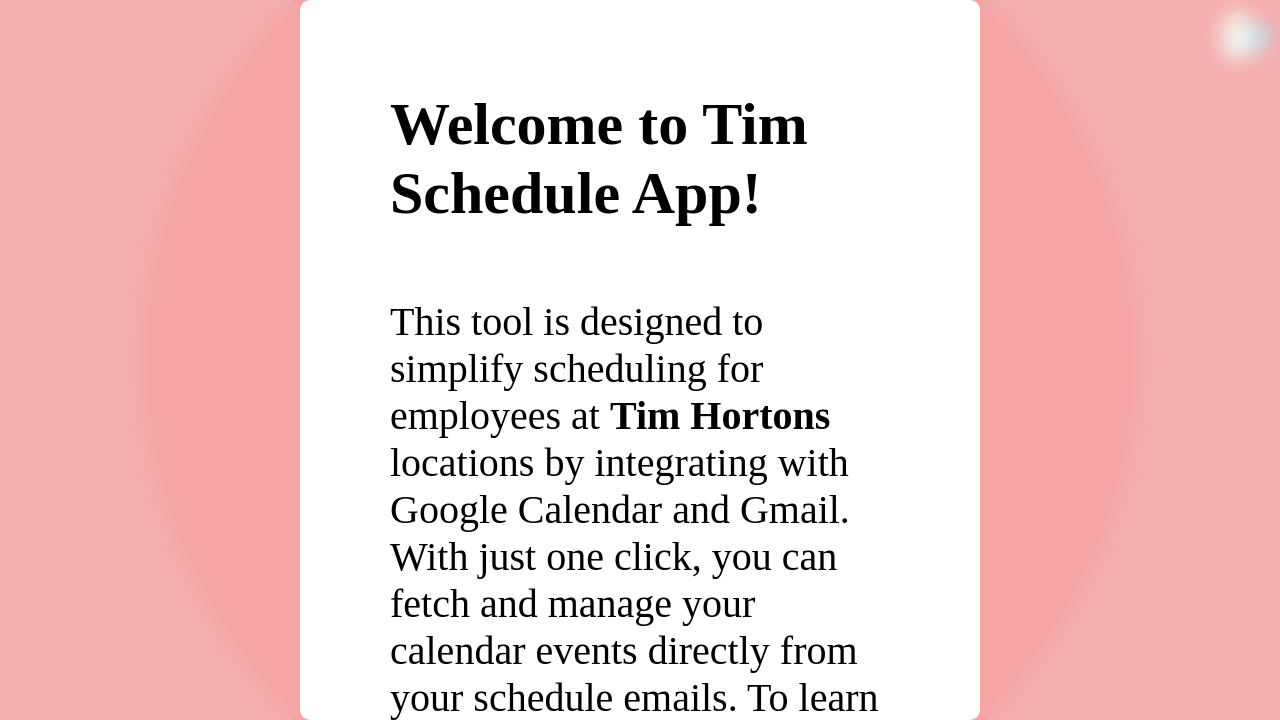
Repository: Sukhvir-Grewal/tim-schadule-app
Page: node_version/public/index.html
These files come from the project's save history. The page is drawn as it stood at one moment and after the next save; the edit follows.
The browser window is 1280 px wide. The pictures show the whole page.

Above is the page before, as saved 2024-08-15 01:31:35.

### node_version/public/index.html
<!DOCTYPE html>
<html>

<head>
    <title>Tim Schedule App</title>
    <meta charset="utf-8" />
</head>
<link rel="stylesheet" href="style.css?v=1.0.0" />
<link rel="icon" href="/favicon.png" type="image/png">

<body>
    <div class="main-container">
        <div class="backDrop">
            <div class="aboutBox">
                <h2 style="display: grid; place-content:center">Welcome to Tim Schedule App!</h2>
                <p>This tool is designed to simplify scheduling for employees at <b>Tim Hortons</b> locations by integrating with Google Calendar and Gmail. With just one click, you can fetch and manage your calendar events directly from your schedule emails. To learn more about how the app works, visit our <a href="/about">About</a> page. After reviewing the details, simply authorize with the button below to start using the app.</p>
            </div>
        </div>
        <a href="./privacy-policy.html">
            <img src="./privay.png" class="privacy" alt="">
        </a>
        <img src="./timlogo.svg" class="logo" alt="">
        <div class="circle-1">
            <div class="circle-2">
                <div class="circle-3">
                    <div class="circle-4">
                        <button id="authorize_button" onclick="handleAuthClick()">
                            Authorize
                        </button>
                        <div class="after_authorize">
                            Done
                            <svg class="tick" xmlns="http://www.w3.org/2000/svg" viewBox="0 0 24 24" width="24"
                                height="24">
                                <path fill="none" d="M0 0h24v24H0z" />
                                <path fill="currentColor" d="M9 16.2l-3.5-3.5 1.41-1.41L9 13.38l7.09-7.09L17.5 7.5z" />
                            </svg>
                        </div>
                    </div>
                </div>
            </div>
        </div>
    </div>

    <script src="./script.js"></script>
    <script async defer src="https://apis.google.com/js/api.js" onload="gapiLoaded()"></script>
    <script async defer src="https://accounts.google.com/gsi/client" onload="gisLoaded()"></script>
</body>

</html>

### node_version/public/style.css
* {
    padding: 0;
    margin: 0;
    overflow-x: hidden;
    overflow-y: hidden;
}

.main-container {
    height: 100dvh;
    width: 100dvw;
    display: flex;
    justify-content: center;
    align-items: center;
    position: relative;
}

.backDrop {
    z-index: 11;
    height: 100vh;
    width: 100vw;
    display: grid;
    place-content: center;
    backdrop-filter: blur(10px);
    -webkit-backdrop-filter: blur(10px);
    background-color: rgba(255, 255, 255, 0.5);
}

.aboutBox {
    background-color: white;
    border-radius: 10px;
    min-height: 100px;
    width: 90vw;
    padding: 90px 90px;
    animation: fadeIn 4s ease;
    font-size: 40px;
}

.aboutBox h2 {
    margin-bottom: 70px;
}

.logo {
    position: absolute;
    top: 0;
    height: 450px;
    display: none;
    pointer-events: none;
    z-index: 10;
}

.privacy {
    width: 50px;
    height: 50px;
    position: absolute;
    top: 10px;
    right: 10px;
    cursor: pointer;
    z-index: 10;
    display: none;
}

.tick {
    color: green;
    width: 80px;
    height: 80px;
}

.slideUp {
    display: block;
    animation: slideUp 1s forwards;
}

.fadeIn {
    display: block;
    animation: fadeIn 2s ease;
}

.circle-1,
.circle-2,
.circle-3,
.circle-4 {
    border-radius: 50%;
    display: flex;
    justify-content: center;
    align-items: center;
    position: absolute;
}

.circle-1 {
    background-color: rgb(228, 129, 129);
    animation: expandCircle1 1s ease forwards;
    animation-delay: 0s;
}

.circle-2 {
    background-color: rgb(233, 94, 94);
    animation: expandCircle2 1s ease forwards;
    animation-delay: 0.3s;
}

.circle-3 {
    background-color: rgb(236, 72, 72);
    animation: expandCircle3 1s ease forwards;
    animation-delay: 0.8s;
}

.circle-4 {
    background-color: rgb(233, 58, 58);
    animation: expandCircle4 1s ease forwards;
    animation-delay: 1.2s;
    font-size: 5rem;
    border: 1px solid white;
}

#authorize_button {
    display: none;
    background-color: transparent;
    border: none;
    font-size: xx-large;
    color: white;
    font-weight: bolder;
    cursor: pointer;
}

#authorize_button.show {
    display: block;
}

.after_authorize {
    display: none;
    justify-content: center;
    align-items: center;
    font-size: 4rem;
    font-weight: bolder;
    color: white;
}

@keyframes expandCircle1 {
    0% {
        width: 0;
        height: 0;
    }

    100% {
        width: 2000px;
        height: 2000px;
    }
}

@keyframes expandCircle2 {
    0% {
        width: 0;
        height: 0;
    }

    100% {
        width: 1500px;
        height: 1500px;
    }
}

@keyframes expandCircle3 {
    0% {
        width: 0;
        height: 0;
    }

    100% {
        width: 1000px;
        height: 1000px;
    }
}

@keyframes expandCircle4 {
    0% {
        width: 0;
        height: 0;
    }

    100% {
        width: 500px;
        height: 500px;
    }
}

@keyframes slideUp {
    0% {
        opacity: 0;
        transform: translateY(50px);
    }

    100% {
        opacity: 1;
        transform: translateY(0);
    }
}

@keyframes fadeIn {
    0% {
        opacity: 0;
    }

    100% {
        opacity: 1;
    }
}

/* Just for the laptop stuff*/
@media (min-width: 1000px) {
    .logo {
        top: 100px;
        height: 250px;
    }
    .aboutBox {
        min-height: 200px;
        width: 500px;
        font-size: ;
    }
}

### node_version/public/script.js
let CLIENT_ID
let API_KEY

const DISCOVERY_DOCS = [
    "https://www.googleapis.com/discovery/v1/apis/calendar/v3/rest",
    "https://www.googleapis.com/discovery/v1/apis/gmail/v1/rest",
];

const SCOPES = [
    "https://www.googleapis.com/auth/calendar.events",
    "https://www.googleapis.com/auth/gmail.readonly",
];

let tokenClient;
let gapiInited = false;
let gisInited = false;
let startDate = "";
let endDate = "";

document.getElementById("authorize_button").style.visibility = "hidden";


/*
 * This code Servers the purpose of getting both Env variables
 * including initializing the client Token
*/
async function fetchEnvVariables() {
    try {
        const response = await fetch('/env');
        const env = await response.json();
        CLIENT_ID = env.clientId;
        API_KEY = env.apiKey;

        tokenClient = google.accounts.oauth2.initTokenClient({
            client_id: CLIENT_ID,
            scope: SCOPES.join(" "),
            callback: "", // defined later
        });

        // Check for stored token
        const storedToken = localStorage.getItem("gapi_token")
        if (storedToken) {
            gapi.client.setToken(JSON.stringify(storedToken))
        }

        gisInited = true;
        maybeEnableButtons();
    } catch (error) {
        console.error("Error fetching environment variables:", error);
    }
}

/*
 * Next 4 functions will from Official Quickstart
 *     > https://developers.google.com/calendar/api/quickstart/js
 *     > https://developers.google.com/gmail/api/quickstart/js
 * NOTE: Code had been altered accordingly like use of localStorage for ease in login,
 * including document manipulation
*/
function gapiLoaded() {
    gapi.load("client", initializeGapiClient);
}

async function initializeGapiClient() {
    await gapi.client.init({
        apiKey: API_KEY,
        discoveryDocs: DISCOVERY_DOCS,
    });
    gapiInited = true;
    maybeEnableButtons();
}

function gisLoaded() {
    fetchEnvVariables()
}

function maybeEnableButtons() {
    if (gapiInited && gisInited) {
        document.getElementById("authorize_button").style.visibility = "visible";
    }
}

function handleAuthClick() {
    tokenClient.callback = async (resp) => {
        if (resp.error !== undefined) {
            console.error("Error during authorization:", resp);
            return;
        }

        // save the token to locakstorage
        const token = gapi.client.getToken()
        if (token) {
            localStorage.setItem("gapi_token", JSON.stringify(token))
        }

        document.getElementById("authorize_button").style.display = "none";
        document.querySelector(".after_authorize").style.display = "flex";

        await getRecentEmailFromSender();
    };

    if (gapi.client.getToken() === null) {
        tokenClient.requestAccessToken({ prompt: "consent" });
    } else {
        tokenClient.requestAccessToken({ prompt: "" });
    }
}

// NOTE: Custom functions starts from here

async function addEvent(event) {
    try {
        const response = await gapi.client.calendar.events.insert({
            calendarId: "primary",
            resource: event,
        });
        // console.log("Event created: ", response.result.htmlLink);
    } catch (err) {
        console.error("Error contacting the Calendar service: ", err.message);
    }
}

/*
 * Checks if the Event already exists in the place,
 * in case someone tries to push the event again
*/
async function checkDuplicateEvent(newEvent) {
    const calendar = gapi.client.calendar;

    try {
        // List events within the time range of the new event
        const response = await calendar.events.list({
            calendarId: "primary",
            timeMin: newEvent.start.dateTime,
            timeMax: newEvent.end.dateTime,
            singleEvents: true,
            orderBy: "startTime",
        });

        const events = response.result.items;

        if (events.length > 0) {
            // Check if any event matches the new event's details
            const duplicateEvent = events.find((event) => {

                const startTimeMatches =
                    Math.abs(
                        new Date(event.start.dateTime) -
                        new Date(newEvent.start.dateTime)
                    ) < 60000; // 1 minute tolerance
                const endTimeMatches =
                    Math.abs(
                        new Date(event.end.dateTime) -
                        new Date(newEvent.end.dateTime)
                    ) < 60000;

                // Compare other details
                return (
                    event.summary === newEvent.summary &&
                    startTimeMatches &&
                    endTimeMatches &&
                    event.location === newEvent.location
                );
            });

            if (duplicateEvent) {
                console.log("Duplicate event found. Event not added.");
                return;
            }
        }

        // Everything looks good, send the sucker^^
        await addEvent(newEvent);
        console.log("Event added successfully.");
    } catch (error) {
        console.error("Error checking or adding event:", error.message);
    }
}

/*
 * NOTE: Following logic is only for specific sender since i need to Extract
 * the schedule from the email, The code can be changed easily if the received email
 * have different format of schedule
 *
 * This code extract emails from noreply@clearviewconnect.com (my workplace schedule sender)
 * and gets the top email and extract the only lines starting from months and push line by line
 * in next function to get date and time separated
*/
async function getRecentEmailFromSender() {
    try {
        // List messages from the specified sender
        const res = await gapi.client.gmail.users.messages.list({
            userId: "me",
            q: `from:noreply@clearviewconnect.com`,
            maxResults: 1,
            orderBy: "date",
        });

        const messages = res.result.messages;
        if (!messages || messages.length === 0) {
            console.log("No message found");
            return;
        }

        // Get the most recent message
        const messageId = messages[0].id;
        const messageRes = await gapi.client.gmail.users.messages.get({
            userId: "me",
            id: messageId,
        });

        // NOTE: Learned new thing ^^
        const emailData = messageRes.result;
        const encodedBody = emailData.payload.parts
            ? emailData.payload.parts[0].body.data
            : emailData.payload.body.data;

        // Decode the body
        const decodedBody = atob(
            encodedBody.replace(/-/g, "+").replace(/_/g, "/")
        );

        // Extract the schedule details
        const scheduleLines = decodedBody
            .split("\n")
            .filter((line) =>
                line.match(
                    /^(Jan|Feb|Mar|Apr|May|Jun|Jul|Aug|Sep|Oct|Nov|Dec)\s+\d{2}:/
                )
            );

        if (scheduleLines.length === 0) {
            console.log("No schedule lines found.");
            return;
        }

        // Parse the schedule lines and add events
        for (const line of scheduleLines) {
            try {
                const event = parseScheduleLine(line);
                if (event) {
                    await checkDuplicateEvent(event);
                }
            } catch (error) {
                console.error("Error parsing or adding event:", error.message);
            }

            // NOTE: For Further Development

            // endDate = line.split(":")[0].trim();
        }
        /*
            startDate = scheduleLines[0].split(":")[0].trim();
            document.getElementById(
            "content"
            ).innerHTML += `Schedule from ${startDate} to ${endDate} has been Posted on calender`;
        */
    } catch (error) {
        console.error("Error fetching email:", error.message);
    }
}

function parseScheduleLine(line) {
    try {
        // Check for "Not Scheduled" and skip such lines
        // NOTE: String can be changed based on how your day off is mentioned in schedule
        if (line.includes("Not Scheduled")) {
            console.log(`Skipping non-scheduled day`);
            return null;
        }

        // Extract date part and time details
        const [datePart, rest] = line.split(/:\s+/);
        const timeAndDetails = rest.trim();

        // Handle specific cases based on structure
        // NOTE: Learned new thing ^^
        const [timeRange] = timeAndDetails.split(/\s*,\s*/);
        const [startTime, endTime] = timeRange
            .split(" - ")
            .map((time) => time.trim());

        // Extract month and day
        const [month, day] = datePart.split(/\s+/);
        const year = new Date().getFullYear();
        const date = new Date(`${month} ${day}, ${year}`);

        const startDateTime = new Date(date);
        const endDateTime = new Date(date);

        const [startHours, startMinutes] = convertTo24Hour(startTime);
        const [endHours, endMinutes] = convertTo24Hour(endTime);

        startDateTime.setHours(startHours, startMinutes);
        endDateTime.setHours(endHours, endMinutes);

        return {
            summary: `Tim~Shift`,
            start: {
                dateTime: startDateTime.toISOString(),
                timeZone: "America/Halifax",
            },
            end: {
                dateTime: endDateTime.toISOString(),
                timeZone: "America/Halifax",
            },
            colorId: "5", // Customizable based on interest
        };
    } catch (error) {
        console.error("Error parsing schedule line:", error.message);
        throw new Error("Invalid schedule line format");
    }
}

// Don't need to explain this one ^^
function convertTo24Hour(time) {
    if (!time) {
        throw new Error("Invalid time format");
    }

    const match = time.match(/(\d{1,2}):(\d{2})(AM|PM)/i);

    if (!match) {
        throw new Error("Time format does not match");
    }

    let [hours, minutes, meridian] = match.slice(1);
    hours = parseInt(hours, 10);
    minutes = parseInt(minutes, 10);

    if (meridian.toUpperCase() === "PM" && hours < 12) hours += 12;
    if (meridian.toUpperCase() === "AM" && hours === 12) hours = 0;

    return [hours, minutes];
}

// Animation stuff
setTimeout(function() {
    document?.getElementById("authorize_button").classList.add("show");
    document.querySelector(".logo").classList.add("slideUp");
    document.querySelector(".privacy").classList.add("fadeIn");
}, 2000);


document.querySelector(".backDrop").addEventListener('click', ()=>{
    document.querySelector(".backDrop").style.display = "none"
})

After the next save:
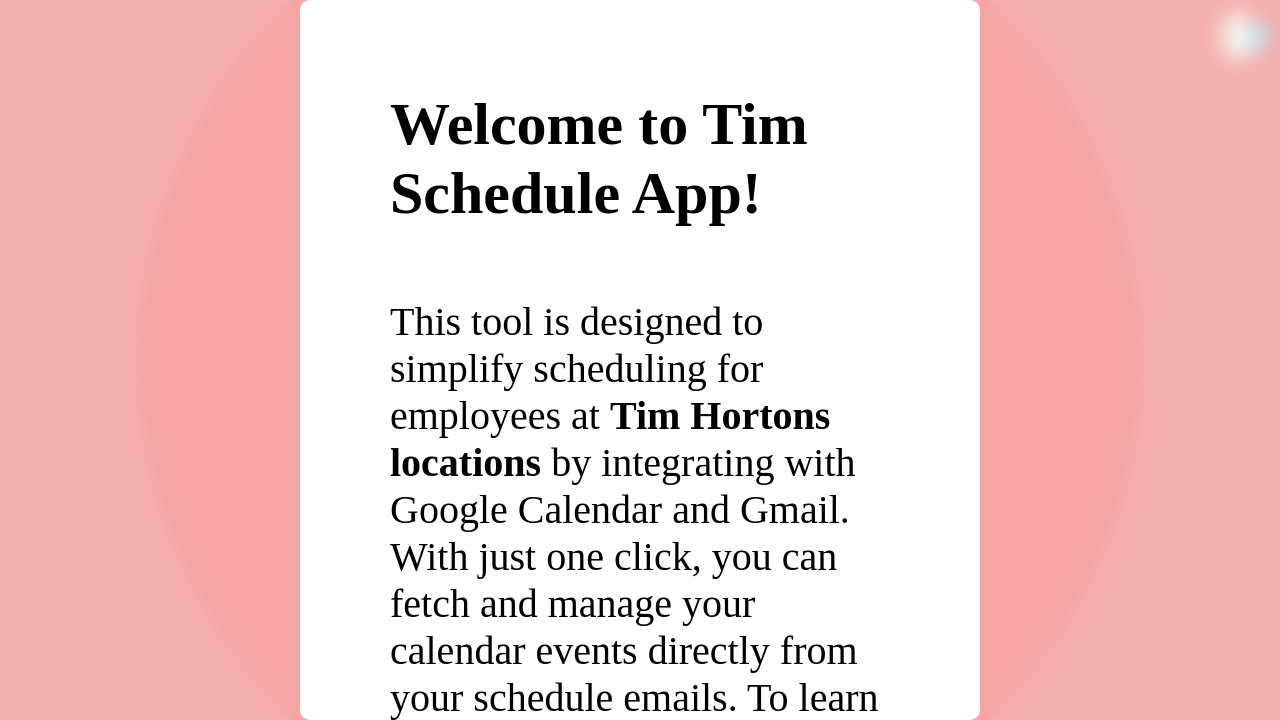
Saved 55 s later.
--- a/node_version/public/index.html
+++ b/node_version/public/index.html
@@ -13,7 +13,7 @@
         <div class="backDrop">
             <div class="aboutBox">
                 <h2 style="display: grid; place-content:center">Welcome to Tim Schedule App!</h2>
-                <p>This tool is designed to simplify scheduling for employees at <b>Tim Hortons</b> locations by integrating with Google Calendar and Gmail. With just one click, you can fetch and manage your calendar events directly from your schedule emails. To learn more about how the app works, visit our <a href="/about">About</a> page. After reviewing the details, simply authorize with the button below to start using the app.</p>
+                <p>This tool is designed to simplify scheduling for employees at <b>Tim Hortons locations</b> by integrating with Google Calendar and Gmail. With just one click, you can fetch and manage your calendar events directly from your schedule emails. To learn more about how the app works, visit our <a href="/about">About</a> page. After reviewing the details, simply authorize with the button below to start using the app.</p>
             </div>
         </div>
         <a href="./privacy-policy.html">
@@ -24,9 +24,10 @@
             <div class="circle-2">
                 <div class="circle-3">
                     <div class="circle-4">
-                        <button id="authorize_button" onclick="handleAuthClick()">
+                        <button id="authorize_button">
                             Authorize
                         </button>
+
                         <div class="after_authorize">
                             Done
                             <svg class="tick" xmlns="http://www.w3.org/2000/svg" viewBox="0 0 24 24" width="24"
